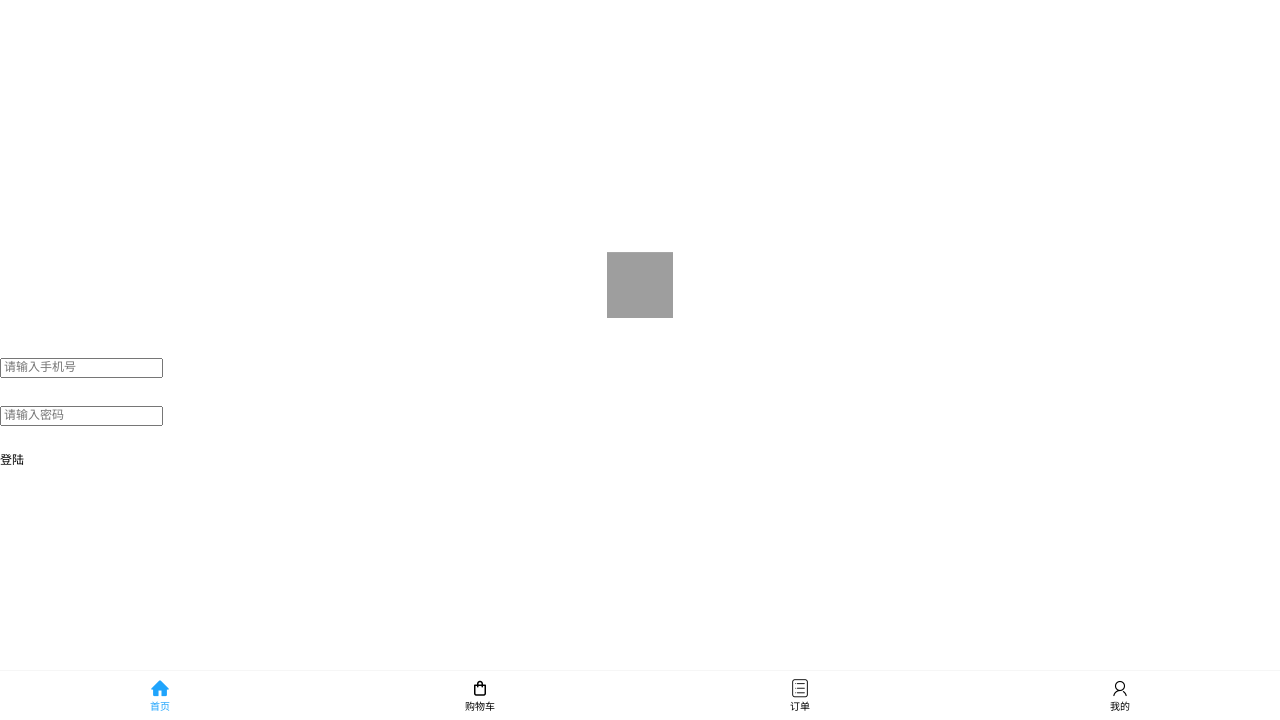
Repository: nestzero/mallapp
Page: /#/login
An editor plug-in stored every save of this project. The page is shown before and after the next save, followed by the edit.
The browser window is 1280 px wide. The pictures show the whole page.
Pictures or frames that could not be fetched are drawn as grey boxes. The project was rebuilt for these pictures with package versions that can differ from the ones it lists, and the page was loaded fresh each time. Also part of the build but not shown: vue.config.js.

Above is the page before, as saved 2022-03-07 22:36:35.

After the next save:
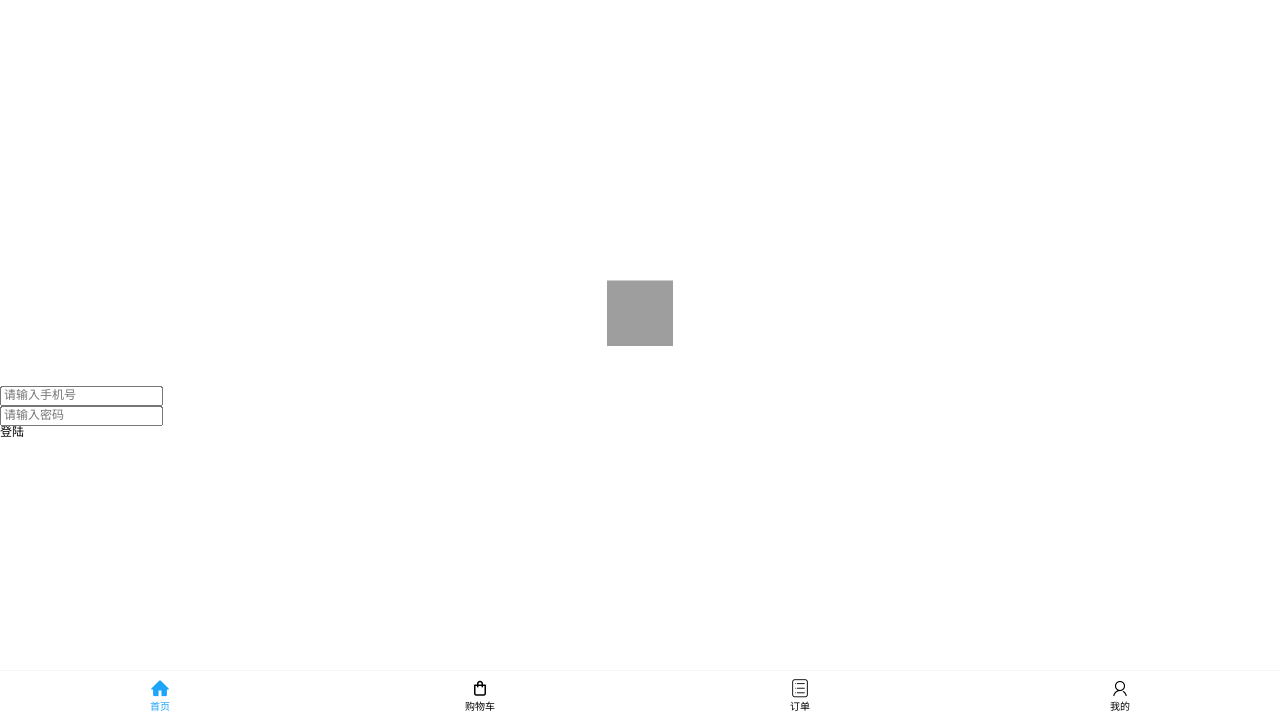
Saved 10 s later.
--- a/src/components/content/login/Login.vue
+++ b/src/components/content/login/Login.vue
@@ -38,7 +38,6 @@ export default {};
 
   &_input{
     width: 2.95rem;
-    height: .48rem;
 
 
   }
